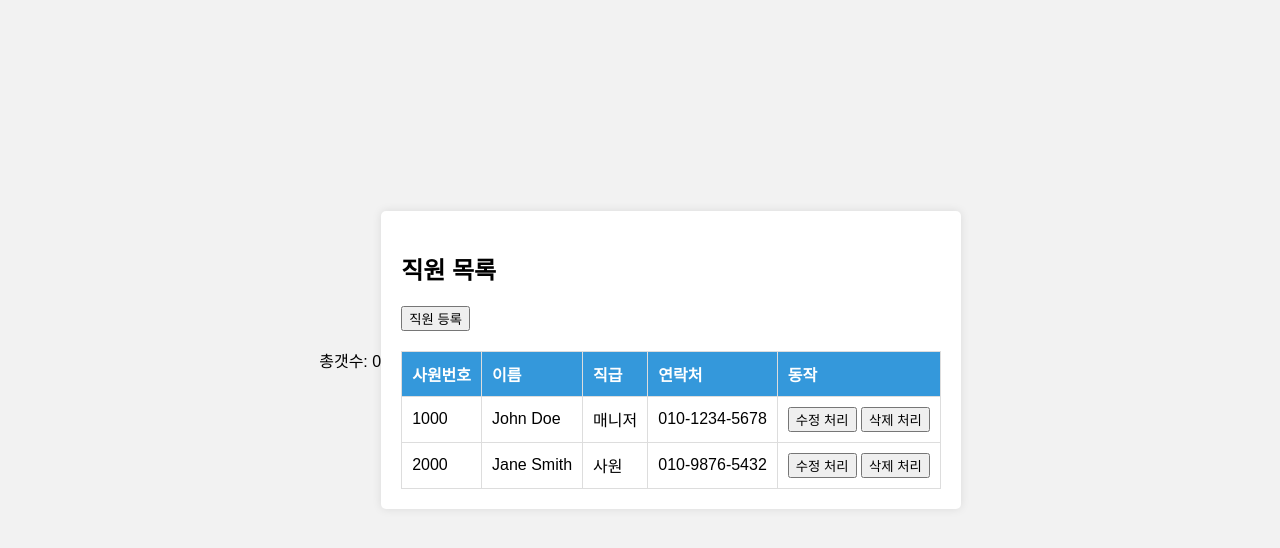
Repository: sieoh/2024html-
Page: http://localhost/jspweb_08/emplist.jsp
These files come from the project's save history. The page is drawn as it stood at one moment and after the next save; the edit follows.
The browser window is 1280 px wide. The pictures show the whole page.
The page is served by Tomcat 9. Queries for data that is not in the repository find no rows.

Above is the page before, as saved 2024-01-12 05:48:06.

After the next save:
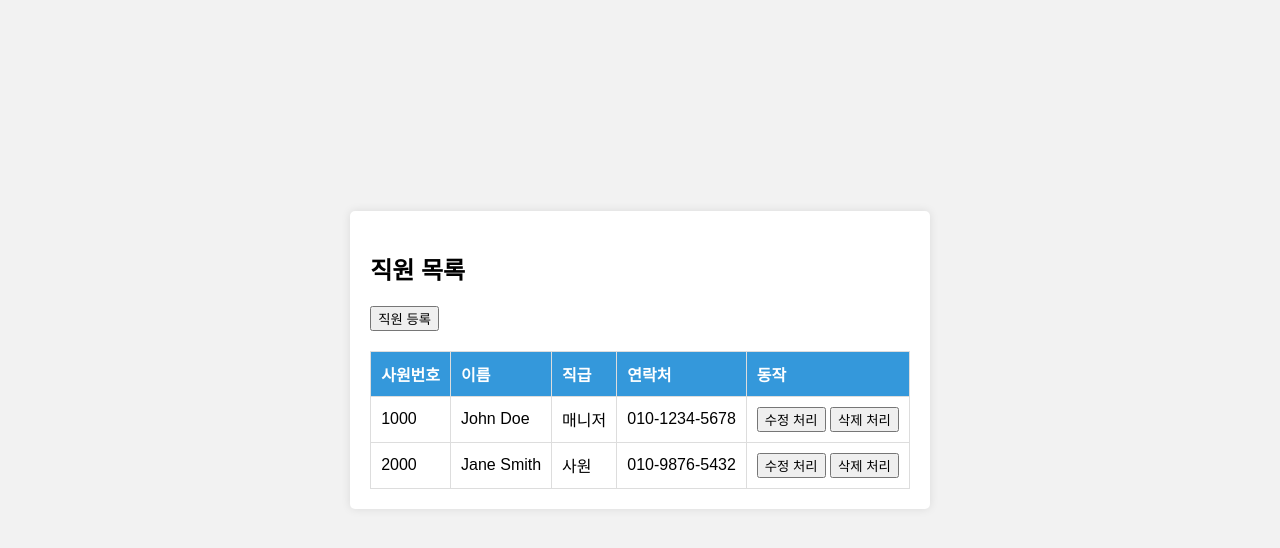
Saved 32 s later.
--- a/workspace_sts/jspweb_08/src/main/webapp/emplist.jsp
+++ b/workspace_sts/jspweb_08/src/main/webapp/emplist.jsp
@@ -68,9 +68,9 @@
 			while(resultSet.next()) {
 				count++;
 			}
-			out.println("총갯수: "+count);
+			System.out.println("총갯수: "+count);
 		} catch(SQLException se) {
-			out.println("에러로그: 직원목록==>"+se.getMessage());
+			System.out.println("에러로그: 직원목록==>"+se.getMessage());
 		}
 	%>
 	<div class="employee-list">
